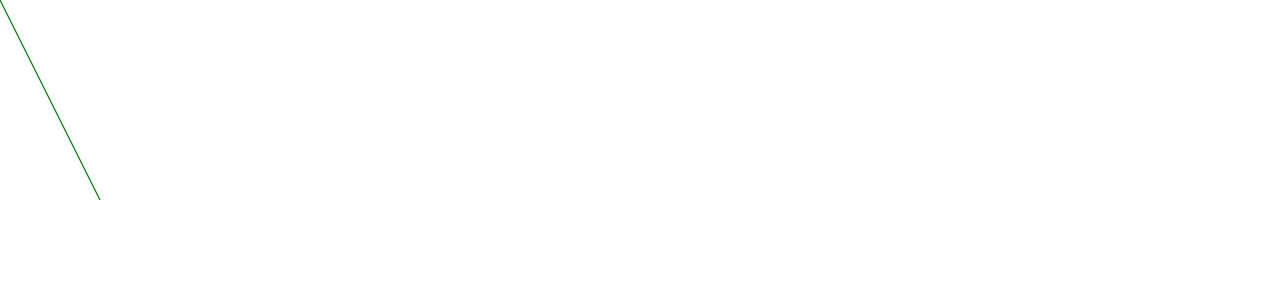
Repository: Lixianlai-2/Canvas-demo
Page: index.html
An editor plug-in stored every save of this project. The page is shown before and after the next save, followed by the edit.
The browser window is 1280 px wide. The pictures show the whole page.

Above is the page before, as saved 2021-12-19 19:27:04.

After the next save:
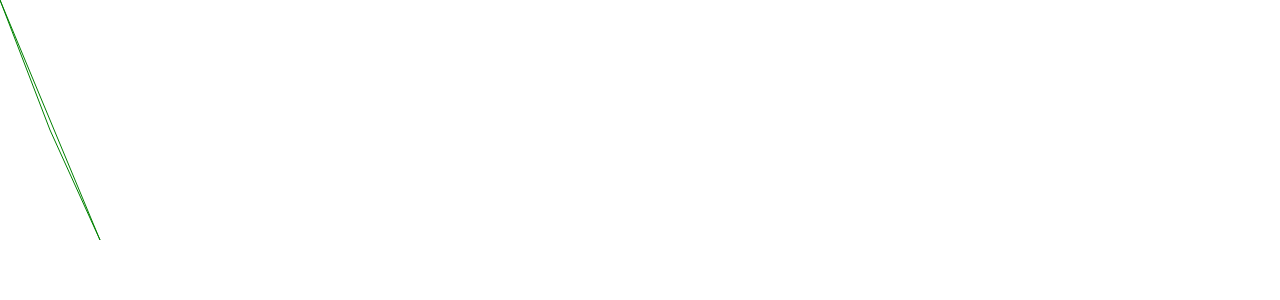
Saved 17 s later.
--- a/main.js
+++ b/main.js
@@ -15,10 +15,10 @@ ctx.beginPath();
 ctx.moveTo(0, 0);
 
 // 终点位置
-ctx.lineTo(50, 100);
+ctx.lineTo(50, 130);
 
 // 第三个点的位置
-ctx.lineTo(100, 200);
+ctx.lineTo(100, 240);
 
 //将最后一个点和第一个点连接起来
 ctx.closePath();
